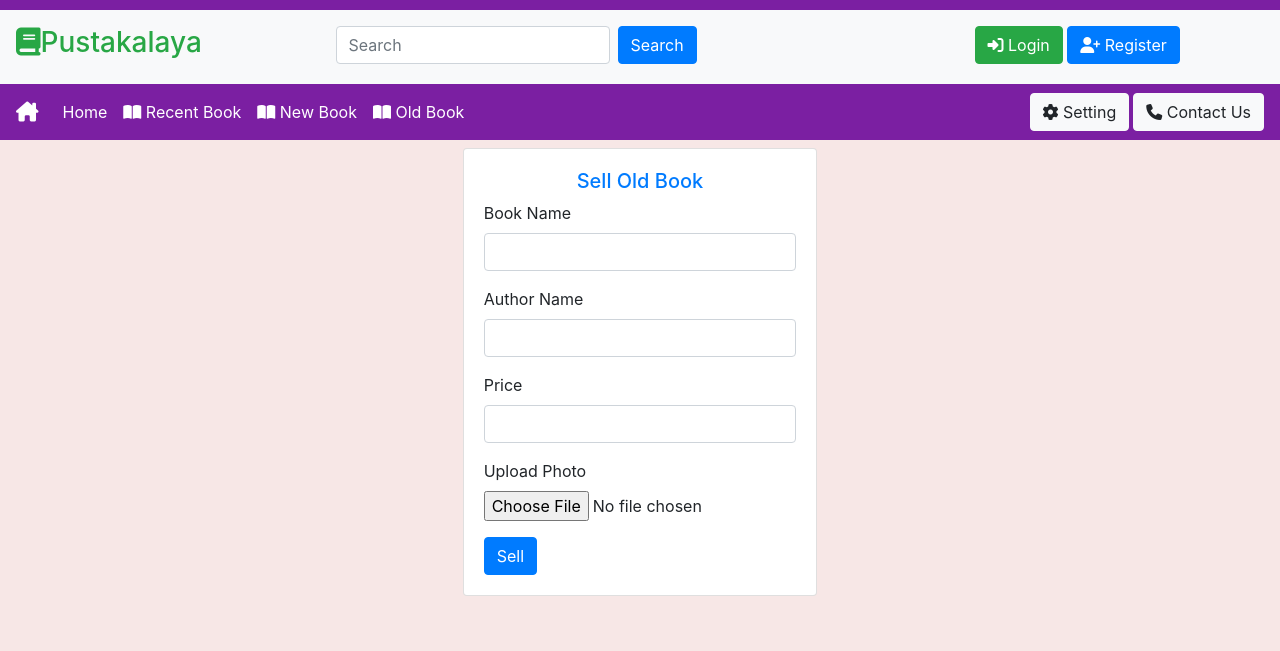
Repository: kalaprabhakar/Pustakalay_Web_Application
Page: http://localhost/E_Book_Management/sell_book.jsp
The author's editor kept a copy of each file at every save. The page is drawn from the files as they stood at one save, then again after the next save.
The browser window is 1280 px wide. The pictures show the whole page.
Some web libraries are served in a nearby version. The page is served by Tomcat 10.

Above is the page before, as saved 2024-02-28 14:34:46.

After the next save:
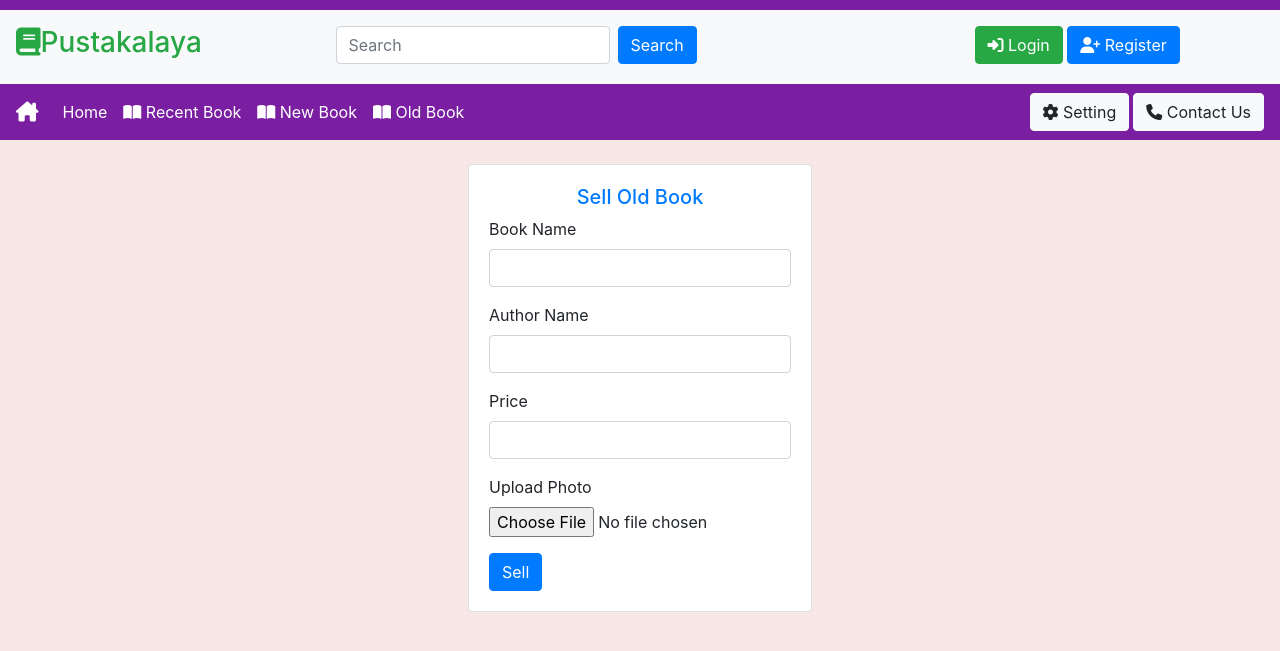
Saved 12 s later.
--- a/E_Book_Management/src/main/webapp/sell_book.jsp
+++ b/E_Book_Management/src/main/webapp/sell_book.jsp
@@ -10,7 +10,7 @@
 <body style="background-color: #f7e7e6">
 	<%@ include file="all_component/navbar.jsp"%>
 
-	<div class="container p-2">
+	<div class="container p-4">
 		<div class="row">
 			<div class="col-md-4 offset-md-4">
 				<div class="card">
